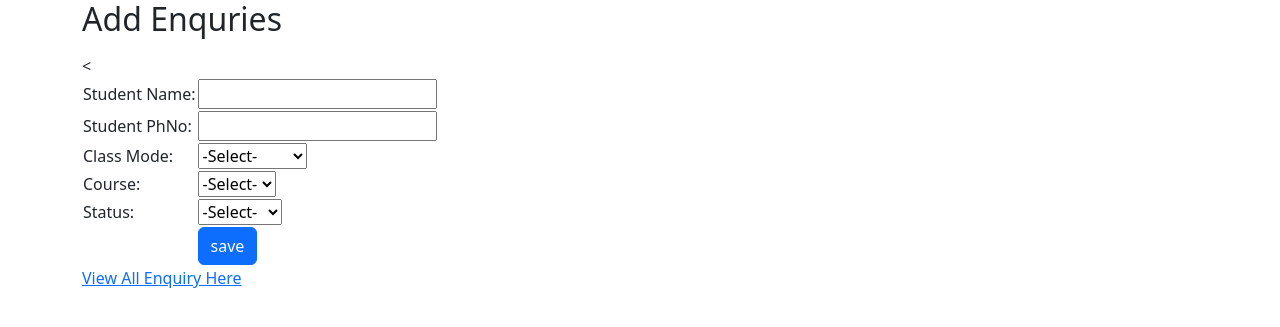
Repository: dibyajyotipanigrahi/Mini-Projects
Page: http://localhost/addEnq
The author's editor kept a copy of each file at every save. The page is drawn from the files as they stood at one save, then again after the next save.
The browser window is 1280 px wide. The pictures show the whole page.
The page is this project's Thymeleaf template; nobody is signed in. The template is opened directly, without the code that normally fills it, so the values that code supplies are empty.

Above is the page before, as saved 2024-04-25 18:38:55.

After the next save:
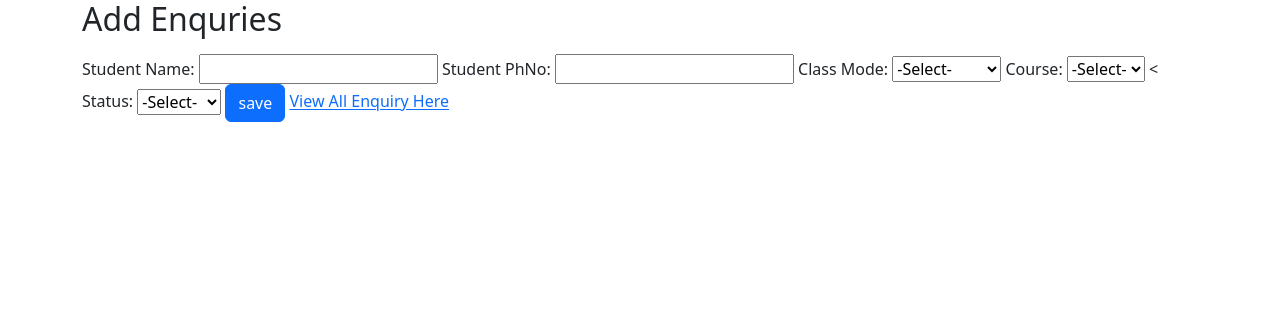
Saved 17 s later.
--- a/01-Councellors-Application/src/main/resources/templates/addEnq.html
+++ b/01-Councellors-Application/src/main/resources/templates/addEnq.html
@@ -20,7 +20,7 @@
 		</font>
 
 		<form th:object="${enq}" th:action="@{/save}" method="post">
-			<table>
+
 				<tr>
 					<td>Student Name:</td>
 					<td><input type="text" th:field="*{stuName}" /></td>

After the save that followed:
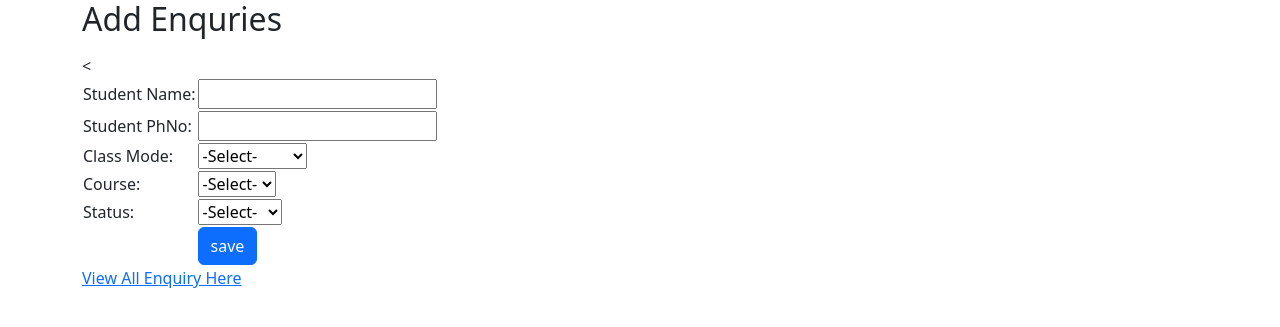
Saved 37 s later.
--- a/01-Councellors-Application/src/main/resources/templates/addEnq.html
+++ b/01-Councellors-Application/src/main/resources/templates/addEnq.html
@@ -21,6 +21,7 @@
 
 		<form th:object="${enq}" th:action="@{/save}" method="post">
 
+		<table>
 				<tr>
 					<td>Student Name:</td>
 					<td><input type="text" th:field="*{stuName}" /></td>
